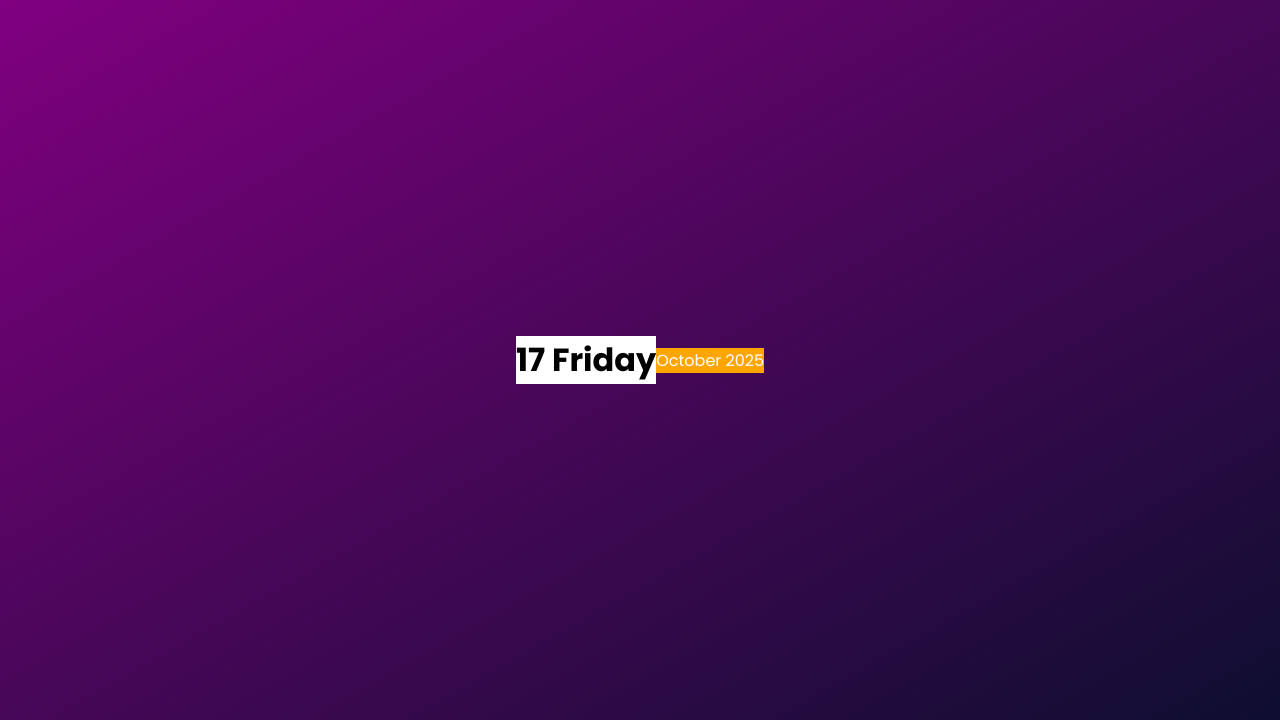
Repository: Ankitkr2021/Calendar
Page: index.html
These files come from the project's save history. The page is drawn as it stood at one moment and after the next save; the edit follows.
The browser window is 1280 px wide. The pictures show the whole page.

Above is the page before, as saved 2025-10-17 19:20:26.

### index.html
<!DOCTYPE html>
<html lang="en">
<head>
    <meta charset="UTF-8">
    <meta name="viewport" content="width=device-width, initial-scale=1.0">
    <title>Document</title>
    <link rel="stylesheet" href="./style.css">
</head>
<body>
    <div class="box">
        <div class="date"><h1>17 Friday</h1></div>
        <div class="month">October 2025</div>
    </div>
</body>
</html>

### style.css
@import url('https://fonts.googleapis.com/css2?family=Poppins:wght@100;200;300;400;500;600;700;800;900&display=swap');

*{
    margin: 0;
    padding: 0;
    box-sizing: border-box;
    font-family: "Poppins",sans-serif;
}

.box {
    display: flex;
    align-items: center;
    justify-content: center;
    height: 100vh;
    background: linear-gradient(to bottom right, purple, rgb(14, 14, 48));
    color: #fff;
}

.date {
    background: #fff;
    color: #000;
}

.month{
    background: orange;
}

After the next save:
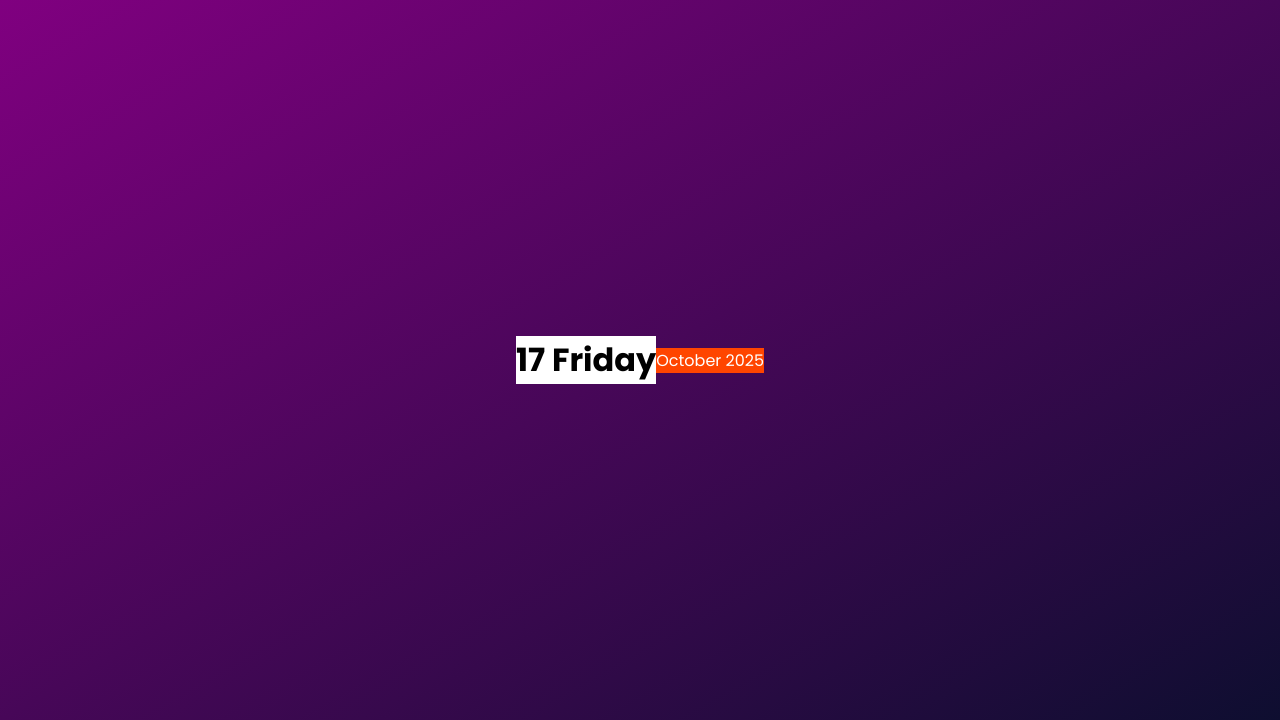
Saved 11 s later.
--- a/style.css
+++ b/style.css
@@ -22,5 +22,5 @@
 }
 
 .month{
-    background: orange;
+    background: orangered;
 }
